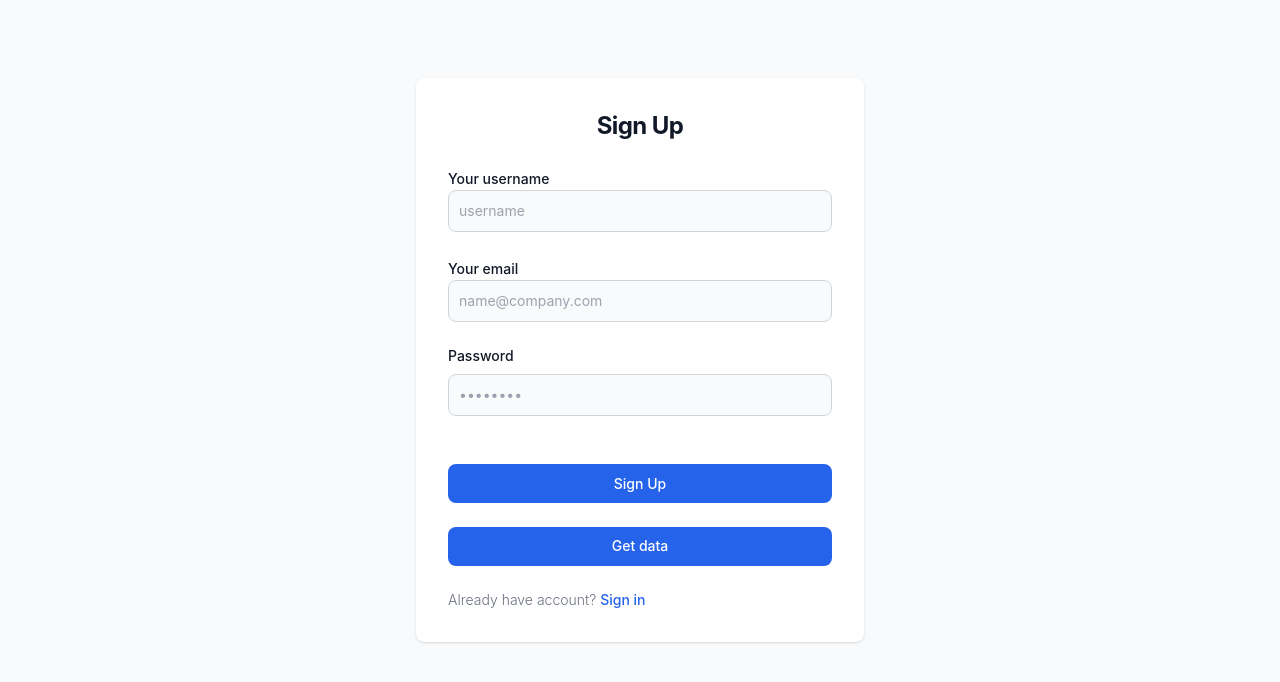
Repository: Than-sothearak/news-today
Page: /register (app in client/)
An editor plug-in stored every save of this project. The page is shown before and after the next save, followed by the edit.
The browser window is 1280 px wide. The pictures show the whole page.
The project was rebuilt for these pictures with package versions that can differ from the ones it lists, and the page was loaded fresh each time. Also part of the build but not shown: client/vite.config.js, client/data.js, client/src/components/Post.jsx, client/src/components/HeroBanner.jsx, client/src/page/Home.jsx, client/src/page/Login.jsx, client/src/page/Single.jsx, client/src/page/Write.jsx and 3 more.

Above is the page before, as saved 2023-03-05 17:37:01.

### client/index.html
<!DOCTYPE html>
<html lang="en">
  <head>
    <meta charset="UTF-8" />
    <link rel="icon" type="image/svg+xml" href="/vite.svg" />
    <meta name="viewport" content="width=device-width, initial-scale=1.0" />
    <title>News Today</title>
  </head>
  <body>
    <div id="root"></div>
    <script type="module" src="/src/main.jsx"></script>
  </body>
</html>

### client/src/App.jsx
import "./App.css";
import { createBrowserRouter, RouterProvider } from "react-router-dom";
import { Home } from "./page/Home";
import { Login } from "./page/Login";
import { Register } from "./page/Register";
import { Single } from "./page/Single";
import { Write } from "./page/Write";
import Layout from "./components/Layout";


const router = createBrowserRouter([
  {
    path: "/",
    element: <Layout />,
    children: [
      {
        path: "/",
        element:<Home />
      },
      {
        path: "/post/:id",
        element:<Single />
      },
      {
        path: "/write",
        element:<Write />
      },
    ]
  },
  {
    path: "/register",
    element: <Register />,
  },
  {
    path: "/login",
    element: <Login />,
  },
]);
export default function App() {
  return <RouterProvider router={router} />;
}

### client/src/index.css
@tailwind base;
@tailwind components;
@tailwind utilities;
:root {
  font-family: Inter, system-ui, Avenir, Helvetica, Arial, sans-serif;
  line-height: 1.5;
  font-weight: 400;

  color-scheme: light dark;
  color: rgba(255, 255, 255, 0.87);
  background-color: #242424;

  font-synthesis: none;
  text-rendering: optimizeLegibility;
  -webkit-font-smoothing: antialiased;
  -moz-osx-font-smoothing: grayscale;
  -webkit-text-size-adjust: 100%;
}

a {
  font-weight: 500;
  color: #646cff;
  text-decoration: inherit;
}
a:hover {
  color: #535bf2;
}

body {


  min-width: 332px;
  min-height: 100vh;
}

h1 {
  font-size: 3.2em;
  line-height: 1.1;
}

button {
  border-radius: 8px;
  border: 1px solid transparent;
  padding: 0.6em 1.2em;
  font-size: 1em;
  font-weight: 500;
  font-family: inherit;
  background-color: #1a1a1a;
  cursor: pointer;
  transition: border-color 0.25s;
}
button:hover {
  border-color: #646cff;
}
button:focus,
button:focus-visible {
  outline: 4px auto -webkit-focus-ring-color;
}

@media (prefers-color-scheme: light) {
  :root {
    color: #213547;
    background-color: #ffffff;
  }
  a:hover {
    color: #747bff;
  }
  button {
    background-color: #f9f9f9;
  }
}

### client/src/page/Register.jsx
import React, { useState } from "react";
import { Link } from "react-router-dom";
import axios from "axios";

export const Register = () => {
  const [input, setInput] = useState({
    username: "",
    email: "",
    password: "",
  });
  const [data, setData] = useState();
  const [err, setErr] = useState(null);
  const urlWithProxyData = "/api/v1";
  const urlWithProxy = "api/auth/register";

  const handleChange = (e) => {
    setInput((prev) => ({
      ...prev,
      [e.target.name]: e.target.value,
    }));
  };

  const handleSubmmit = async (e) => {
    e.preventDefault();
    try {
      const res = await axios.post(urlWithProxy, input);
    } catch (err) {
      setErr(err.response.data);
    }
  };

  console.log;

  function getDataFromServer() {
    axios
      .get(urlWithProxyData)
      .then((res) => setData(res.data))
      .catch((err) => {
        console.error(err);
      });
  }

  return (
    <section className="bg-gray-50 dark:bg-gray-900">
      <div className="flex flex-col items-center justify-center px-6 py-8 mx-auto md:h-screen lg:py-0">
        <div className="w-full bg-white rounded-lg shadow dark:border md:mt-0 sm:max-w-md xl:p-0 dark:bg-gray-800 dark:border-gray-700">
          <div className="p-6 space-y-4 md:space-y-6 sm:p-8">
            <h1 className="text-xl font-bold leading-tight tracking-tight text-gray-900 md:text-2xl dark:text-white">
              Sign Up
            </h1>
            <form
              onSubmit={handleSubmmit}
              className="text-start space-y-4 md:space-y-6"
              action="#"
            >
              <div>
                <label
                  htmlFor="username"
                  className="text-start text-sm font-medium text-gray-900 dark:text-white"
                >
                  Your username
                </label>
                <input
                  type="username"
                  name="username"
                  id="username"
                  className="bg-gray-50 border border-gray-300 text-gray-900 sm:text-sm rounded-lg focus:ring-primary-600 focus:border-primary-600 block w-full p-2.5 dark:bg-gray-700 dark:border-gray-600 dark:placeholder-gray-400 dark:text-white dark:focus:ring-blue-500 dark:focus:border-blue-500"
                  placeholder="username"
                  required
                  onChange={handleChange}
                />
              </div>
              <div>
                <label
                  htmlFor="email"
                  className="text-start text-sm font-medium text-gray-900 dark:text-white"
                >
                  Your email
                </label>
                <input
                  type="email"
                  name="email"
                  id="email"
                  className="bg-gray-50 border border-gray-300 text-gray-900 sm:text-sm rounded-lg focus:ring-primary-600 focus:border-primary-600 block w-full p-2.5 dark:bg-gray-700 dark:border-gray-600 dark:placeholder-gray-400 dark:text-white dark:focus:ring-blue-500 dark:focus:border-blue-500"
                  placeholder="name@company.com"
                  required
                  onChange={handleChange}
                />
              </div>
              <div>
                <label
                  htmlFor="password"
                  className="block mb-2 text-sm font-medium text-gray-900 dark:text-white"
                >
                  Password
                </label>
                <input
                  type="password"
                  name="password"
                  id="password"
                  placeholder="••••••••"
                  className="bg-gray-50 border border-gray-300 text-gray-900 sm:text-sm rounded-lg focus:ring-primary-600 focus:border-primary-600 block w-full p-2.5 dark:bg-gray-700 dark:border-gray-600 dark:placeholder-gray-400 dark:text-white dark:focus:ring-blue-500 dark:focus:border-blue-500"
                  required=""
                  onChange={handleChange}
                />
               {err &&  <p className="text-center text-red-600">{err}</p>}
              </div>
              <div className="flex items-center justify-between">
                <div className="flex items-start"></div>
              </div>
              <button
                type="submit"
                className="w-full text-white bg-primary-600 hover:bg-primary-700 focus:ring-4 focus:outline-none focus:ring-primary-300 font-medium rounded-lg text-sm text-center dark:bg-primary-600 dark:hover:bg-primary-700 dark:focus:ring-primary-800"
              >
                Sign Up
              </button>
              <button
                onClick={getDataFromServer}
                type="submit"
                className="w-full text-white bg-primary-600 hover:bg-primary-700 focus:ring-4 focus:outline-none focus:ring-primary-300 font-medium rounded-lg text-sm px-5 text-center dark:bg-primary-600 dark:hover:bg-primary-700 dark:focus:ring-primary-800"
              >
                Get data
              </button>
              <p className="text-sm font-light text-gray-500 dark:text-gray-400">
                Already have account? {data}{" "}
                <Link
                  to="/login"
                  className="font-medium text-primary-600 hover:underline dark:text-primary-500"
                >
                  Sign in
                </Link>
              </p>
            </form>
          </div>
        </div>
      </div>
    </section>
  );
};

### client/tailwind.config.cjs
/** @type {import('tailwindcss').Config} */
module.exports = {
  content: ["./index.html", "./src/**/*.{js,ts,jsx,tsx}"],
  darkMode: "class",
  theme: {

    extend: {
      colors: {
        primary: {
          50: "#eff6ff",
          100: "#dbeafe",
          200: "#bfdbfe",
          300: "#93c5fd",
          400: "#60a5fa",
          500: "#3b82f6",
          600: "#2563eb",
          700: "#1d4ed8",
          800: "#1e40af",
          900: "#1e3a8a",
        }
      },
      fontFamily: {
        body: [
          "Inter",
          "ui-sans-serif",
          "system-ui",
          "-apple-system",
          "system-ui",
          "Segoe UI",
          "Roboto",
          "Helvetica Neue",
          "Arial",
          "Noto Sans",
          "sans-serif",
          "Apple Color Emoji",
          "Segoe UI Emoji",
          "Segoe UI Symbol",
          "Noto Color Emoji",
        ],
        sans: [
          "Inter",
          "ui-sans-serif",
          "system-ui",
          "-apple-system",
          "system-ui",
          "Segoe UI",
          "Roboto",
          "Helvetica Neue",
          "Arial",
          "Noto Sans",
          "sans-serif",
          "Apple Color Emoji",
          "Segoe UI Emoji",
          "Segoe UI Symbol",
          "Noto Color Emoji",
        ],
      },
    },
  },

  plugins: [],
};

Loaded but not shown: client/src/main.jsx (common file); client/src/App.css (common file)

After the next save:
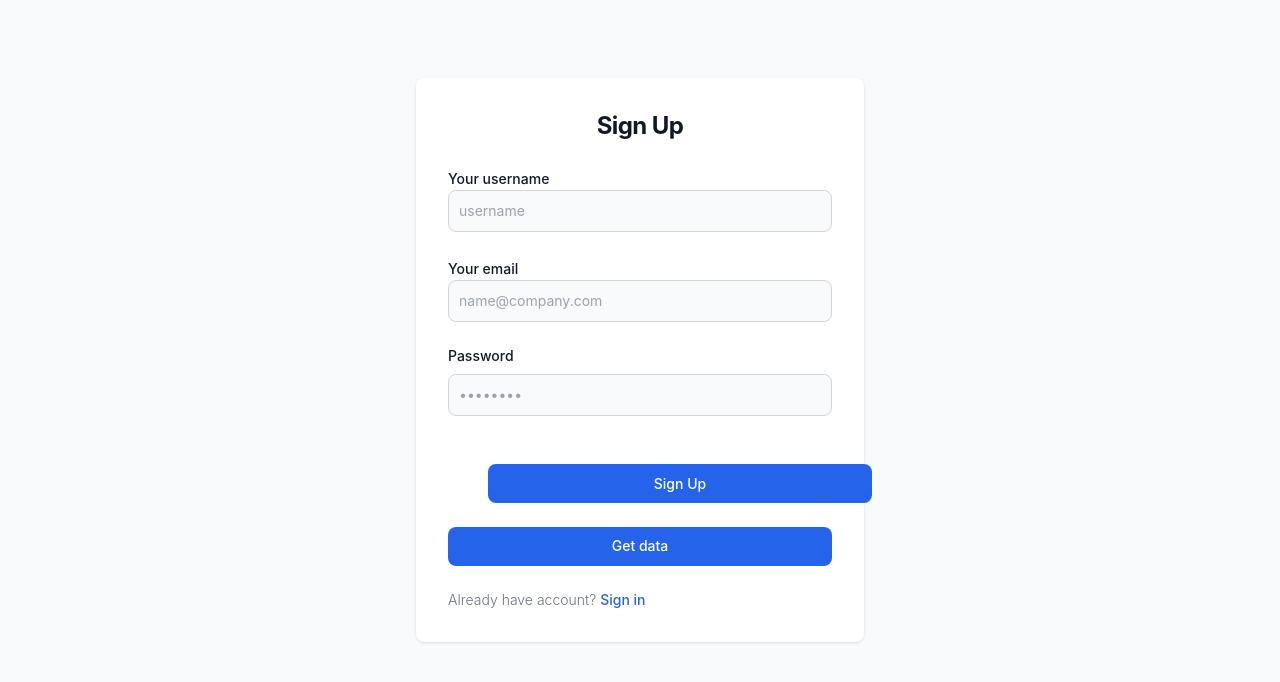
Saved 42 s later.
--- a/client/src/page/Register.jsx
+++ b/client/src/page/Register.jsx
@@ -110,7 +110,7 @@ export const Register = () => {
               </div>
               <button
                 type="submit"
-                className="w-full text-white bg-primary-600 hover:bg-primary-700 focus:ring-4 focus:outline-none focus:ring-primary-300 font-medium rounded-lg text-sm text-center dark:bg-primary-600 dark:hover:bg-primary-700 dark:focus:ring-primary-800"
+                className="m-10 w-full text-white bg-primary-600 hover:bg-primary-700 focus:ring-4 focus:outline-none focus:ring-primary-300 font-medium rounded-lg text-sm text-center dark:bg-primary-600 dark:hover:bg-primary-700 dark:focus:ring-primary-800"
               >
                 Sign Up
               </button>
